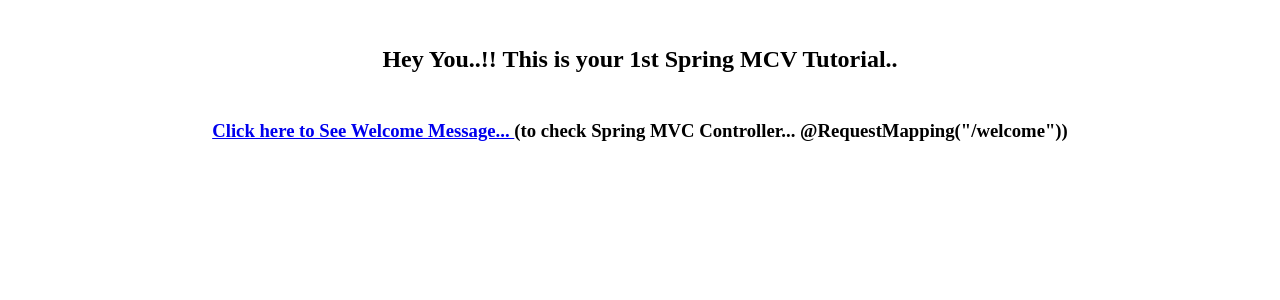
Repository: onlinechetan/WayOfBeing
Page: http://localhost/wayofbeing/
These files come from the project's save history. The page is drawn as it stood at one moment and after the next save; the edit follows.
The browser window is 1280 px wide. The pictures show the whole page.
The page is served by Tomcat 9. Other server files are loaded and not shown.

Above is the page before, as saved 2015-11-02 23:38:40.

### wayofbeing/WebContent/index.jsp
<html>
<head>
<title>Way of Being!!! </title>
<style type="text/css">

</style>
</head>
<body>
	<br>
	<div style="text-align:center">
		<h2>
			Hey You..!! This is your 1st Spring MCV Tutorial..<br> <br>
		</h2>
		<h3>
			<a href="welcome.jsp">Click here to See Welcome Message... </a>(to
			check Spring MVC Controller... @RequestMapping("/welcome"))
		</h3>
	</div>
</body>
</html>

After the next save:
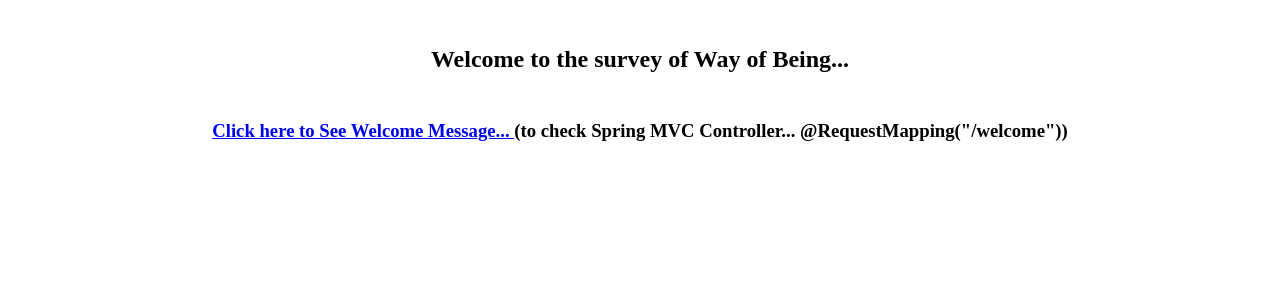
Saved 25 s later.
--- a/wayofbeing/WebContent/index.jsp
+++ b/wayofbeing/WebContent/index.jsp
@@ -9,7 +9,7 @@
 	<br>
 	<div style="text-align:center">
 		<h2>
-			Hey You..!! This is your 1st Spring MCV Tutorial..<br> <br>
+			Welcome to the survey of Way of Being...<br> <br>
 		</h2>
 		<h3>
 			<a href="welcome.jsp">Click here to See Welcome Message... </a>(to
